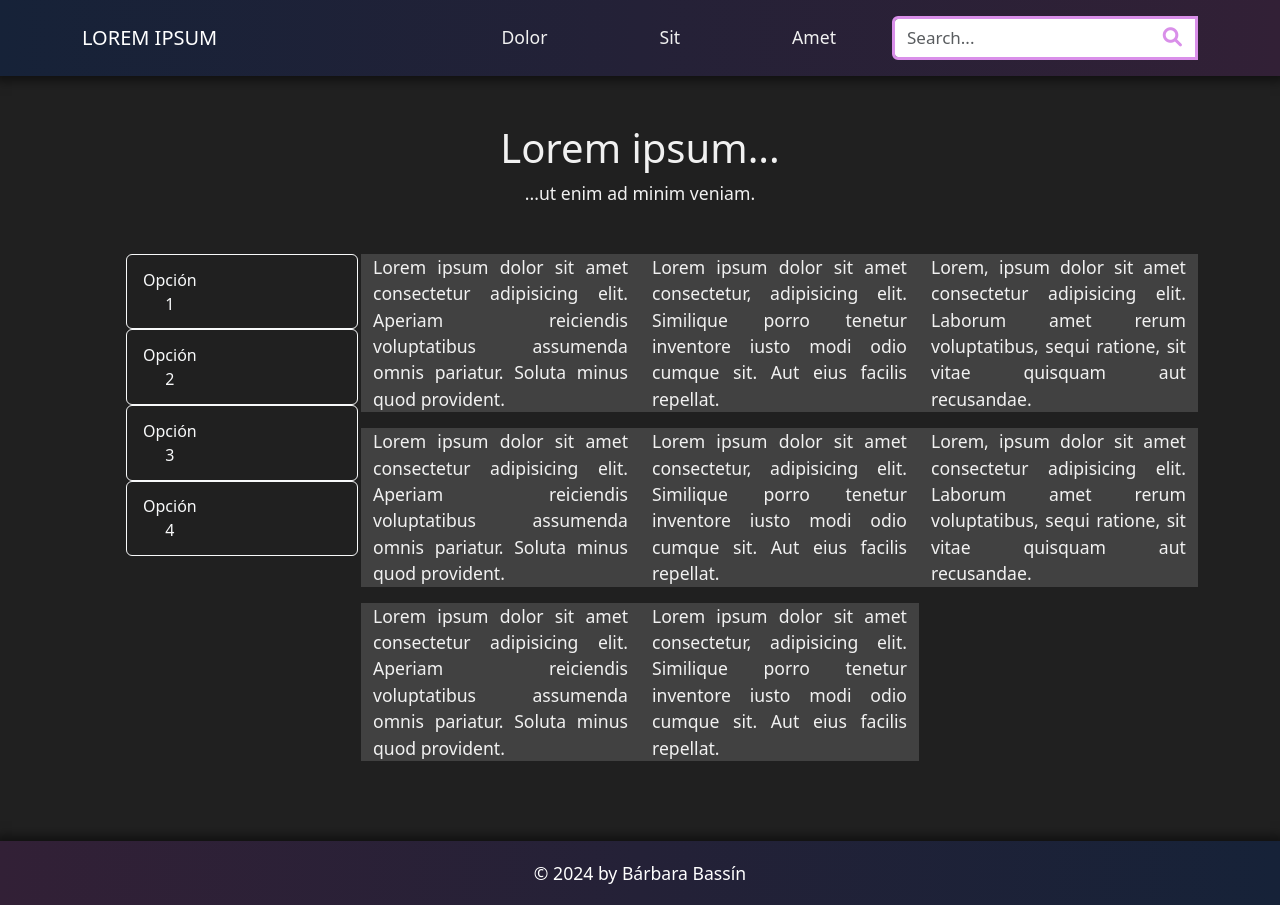
Repository: romancegirl/responsiveness
Page: index.html
An editor plug-in stored every save of this project. The page is shown before and after the next save, followed by the edit.
The browser window is 1280 px wide. The pictures show the whole page.

Above is the page before, as saved 2024-11-29 20:24:43.

After the next save:
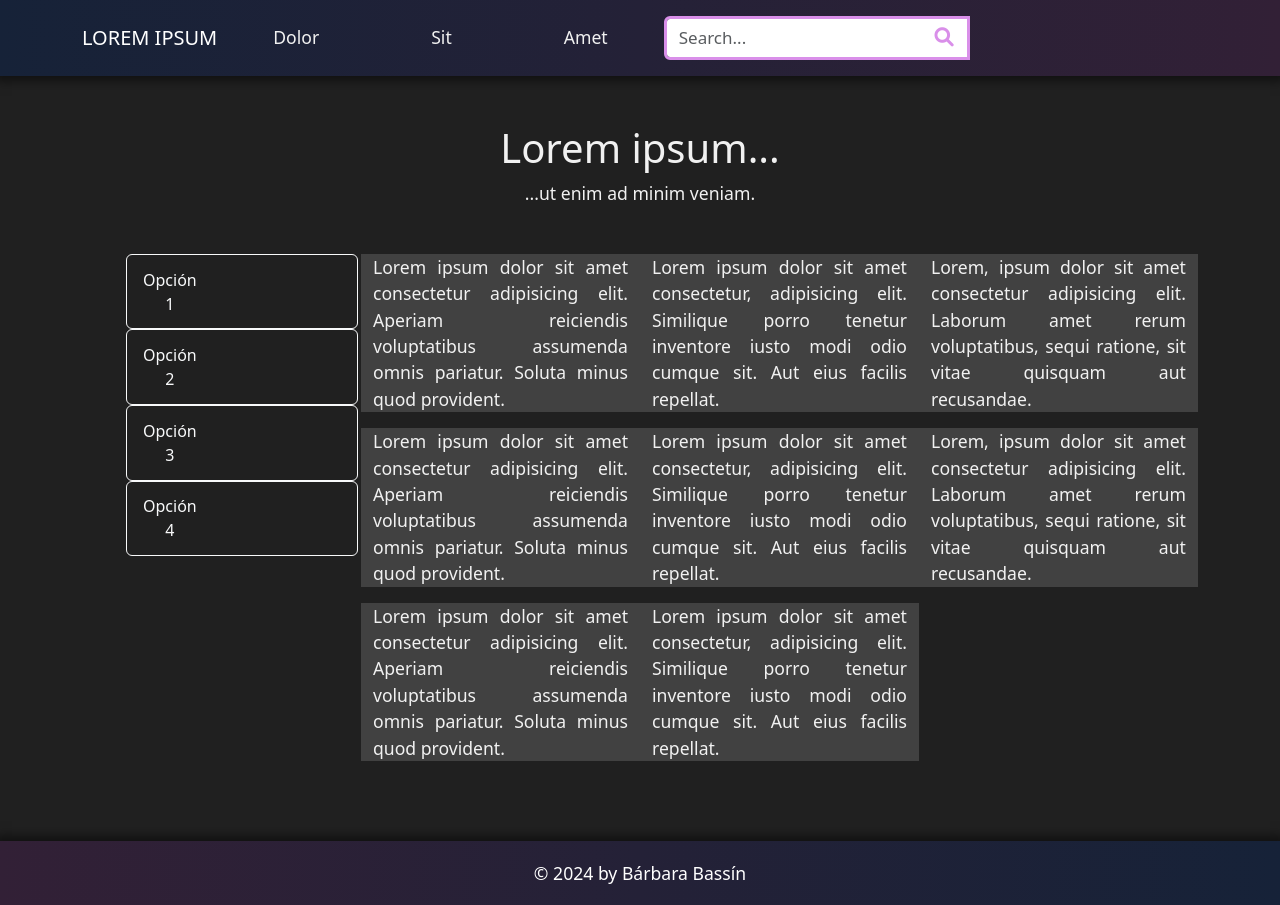
Saved 16 s later.
--- a/index.html
+++ b/index.html
@@ -14,7 +14,7 @@
 <body>
     <!-- Header -->
     <header class="py-2">
-        <div class="container d-flex align-items-center justify-content-between" id="profile">
+        <div class="container d-flex align-items-center" id="profile">
             <h5 class="m-0">LOREM IPSUM</h5>
             <nav class="navbar navbar-expand-lg">
                 <button class="navbar-toggler" type="button" data-bs-toggle="collapse" data-bs-target="#navbarNav"

After the save that followed:
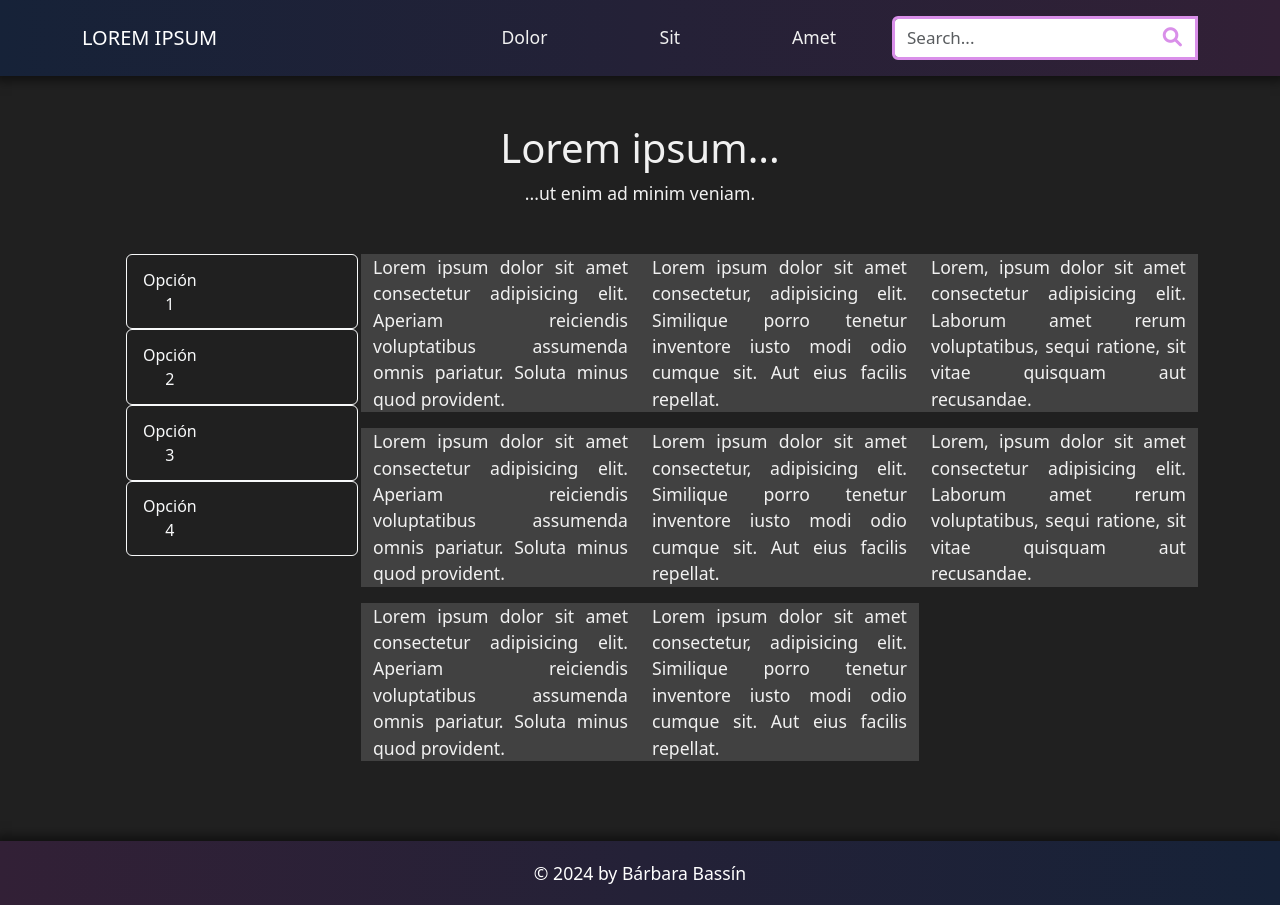
Saved 7 s later.
--- a/index.html
+++ b/index.html
@@ -14,7 +14,7 @@
 <body>
     <!-- Header -->
     <header class="py-2">
-        <div class="container d-flex align-items-center" id="profile">
+        <div class="container d-flex align-items-center justify-content-between" id="profile">
             <h5 class="m-0">LOREM IPSUM</h5>
             <nav class="navbar navbar-expand-lg">
                 <button class="navbar-toggler" type="button" data-bs-toggle="collapse" data-bs-target="#navbarNav"
